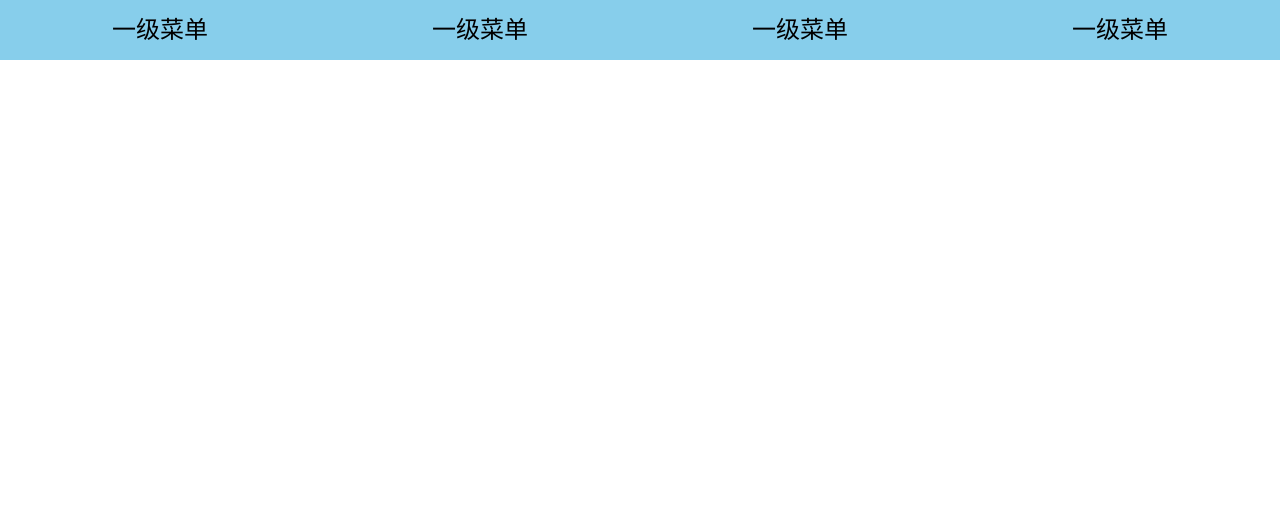
Repository: JJianZ/miao
Page: css-menu.html
These files come from the project's save history. The page is drawn as it stood at one moment and after the next save; the edit follows.
The browser window is 1280 px wide. The pictures show the whole page.

Above is the page before, as saved 2021-11-23 10:52:59.

### css-menu.html
<!DOCTYPE html>
<html lang="en">
<head>
  <meta charset="UTF-8">
  <meta http-equiv="X-UA-Compatible" content="IE=edge">
  <meta name="viewport" content="width=device-width, initial-scale=1.0">
  <title>Document</title>
  <style>
    * {
      margin: 0;
      padding: 0;
      width: 100%;
      box-sizing: border-box;
    }
    a {
      text-decoration: none;
    }
    nav {
      width: 100%;
      height: 60px;
      line-height: 60px;
      font-size: 1.5em;
      display: flex;
      text-align: justify;
      background-color: skyblue;
    }
    ul {
      position: relative;
      width: 200px;
      list-style: none;
      overflow: hidden;
      margin: 0 auto;
      text-align: center;
    }
    ul:hover {
      overflow: visible;
    }
    ul span:hover {
      color: lawngreen;
    }
    ul li {
      font-size: 16px;
      color: white;
      background-color: rgba(0,0,0,0.7);
    }
    ul li a {
      color: yellow;
      display: block;
    }
    ul li a:hover {
      color: green;
    }
  </style>
</head>
<body>
  <nav>
    <ul><span>一级菜单</span>
      <li><a href="#">二级菜单</a></li>
      <li><a href="#">二级菜单</a></li>
      <li><a href="#">二级菜单</a></li>
      <li><a href="#">二级菜单</a></li>
    </ul>
    <ul><span>一级菜单</span>
      <li><a href="#">二级菜单</a></li>
      <li><a href="#">二级菜单</a></li>
      <li><a href="#">二级菜单</a></li>
      <li><a href="#">二级菜单</a></li>
    </ul>
    <ul><span>一级菜单</span>
      <li><a href="#">二级菜单</a></li>
      <li><a href="#">二级菜单</a></li>
      <li><a href="#">二级菜单</a></li>
      <li><a href="#">二级菜单</a></li>
    </ul>
    <ul><span>一级菜单</span>
      <li><a href="#">二级菜单</a></li>
      <li><a href="#">二级菜单</a></li>
      <li><a href="#">二级菜单</a></li>
      <li><a href="#">二级菜单</a></li>
    </ul>
  </nav>
</body>
</html>

After the next save:
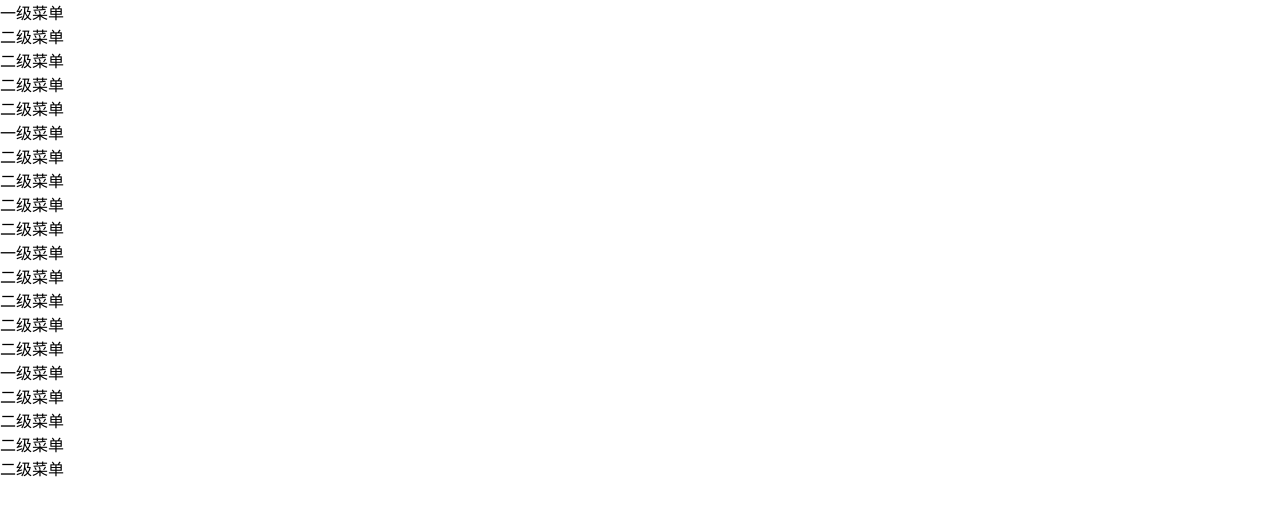
Saved 2 min 4 s later.
--- a/css-menu.html
+++ b/css-menu.html
@@ -12,71 +12,48 @@
       width: 100%;
       box-sizing: border-box;
     }
-    a {
-      text-decoration: none;
-    }
-    nav {
-      width: 100%;
-      height: 60px;
-      line-height: 60px;
-      font-size: 1.5em;
-      display: flex;
-      text-align: justify;
-      background-color: skyblue;
-    }
-    ul {
-      position: relative;
-      width: 200px;
-      list-style: none;
-      overflow: hidden;
-      margin: 0 auto;
-      text-align: center;
-    }
-    ul:hover {
-      overflow: visible;
-    }
-    ul span:hover {
-      color: lawngreen;
-    }
-    ul li {
-      font-size: 16px;
-      color: white;
-      background-color: rgba(0,0,0,0.7);
-    }
-    ul li a {
-      color: yellow;
-      display: block;
-    }
-    ul li a:hover {
-      color: green;
-    }
+
   </style>
 </head>
 <body>
   <nav>
-    <ul><span>一级菜单</span>
-      <li><a href="#">二级菜单</a></li>
-      <li><a href="#">二级菜单</a></li>
-      <li><a href="#">二级菜单</a></li>
-      <li><a href="#">二级菜单</a></li>
-    </ul>
-    <ul><span>一级菜单</span>
-      <li><a href="#">二级菜单</a></li>
-      <li><a href="#">二级菜单</a></li>
-      <li><a href="#">二级菜单</a></li>
-      <li><a href="#">二级菜单</a></li>
-    </ul>
-    <ul><span>一级菜单</span>
-      <li><a href="#">二级菜单</a></li>
-      <li><a href="#">二级菜单</a></li>
-      <li><a href="#">二级菜单</a></li>
-      <li><a href="#">二级菜单</a></li>
-    </ul>
-    <ul><span>一级菜单</span>
-      <li><a href="#">二级菜单</a></li>
-      <li><a href="#">二级菜单</a></li>
-      <li><a href="#">二级菜单</a></li>
-      <li><a href="#">二级菜单</a></li>
+    <ul>
+      <li>
+        一级菜单
+        <ul>
+          <li>二级菜单</li>
+          <li>二级菜单</li>
+          <li>二级菜单</li>
+          <li>二级菜单</li>
+        </ul>
+      </li>
+      <li>
+        一级菜单
+        <ul>
+          <li>二级菜单</li>
+          <li>二级菜单</li>
+          <li>二级菜单</li>
+          <li>二级菜单</li>
+        </ul>
+      </li>
+      <li>
+        一级菜单
+        <ul>
+          <li>二级菜单</li>
+          <li>二级菜单</li>
+          <li>二级菜单</li>
+          <li>二级菜单</li>
+        </ul>
+      </li>
+      <li>
+        一级菜单
+        <ul>
+          <li>二级菜单</li>
+          <li>二级菜单</li>
+          <li>二级菜单</li>
+          <li>二级菜单</li>
+        </ul>
+      </li>
     </ul>
   </nav>
 </body>
